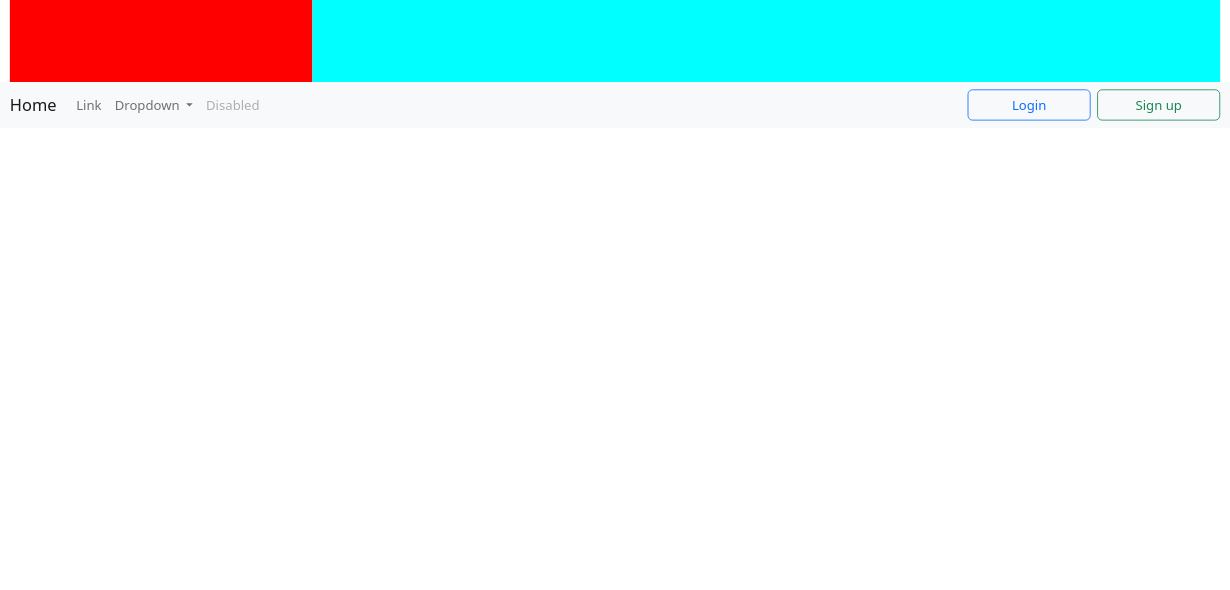
Repository: nguyenhung50497/MD2_bootstrap
Page: BT_giaoDienWeb/index.html
These files come from the project's save history. The page is drawn as it stood at one moment and after the next save; the edit follows.
The browser window is 1280 px wide. The page is 1500 px wide, so the pictures cover 1500 px, including what lies to the right of the window. The pictures show the whole page, at 82% of full size.

Above is the page before, as saved 2022-11-30 13:53:38.

### BT_giaoDienWeb/index.html
<!DOCTYPE html>
<html lang="en">
<head>
    <meta charset="UTF-8">
    <meta http-equiv="X-UA-Compatible" content="IE=edge">
    <meta name="viewport" content="width=device-width, initial-scale=1.0">
    <link href="https://cdn.jsdelivr.net/npm/bootstrap@5.2.3/dist/css/bootstrap.min.css" rel="stylesheet" integrity="sha384-rbsA2VBKQhggwzxH7pPCaAqO46MgnOM80zW1RWuH61DGLwZJEdK2Kadq2F9CUG65" crossorigin="anonymous">
    <script src="https://cdn.jsdelivr.net/npm/bootstrap@5.2.3/dist/js/bootstrap.bundle.min.js" integrity="sha384-kenU1KFdBIe4zVF0s0G1M5b4hcpxyD9F7jL+jjXkk+Q2h455rYXK/7HAuoJl+0I4" crossorigin="anonymous"></script>
    <title>Document</title>
</head>
<style>
    .col-lg-3 {
        background-color: red;
        height: 100px;
    }
    .col-lg-9 {
        background-color: aqua;
        height: 100px;
    }
</style>
<body>
<center>
    <div style="width: 1500px;">
    <header class="container-fluid row">
        <div class="col-lg-3">
            <img src="" alt="">
        </div>
        <div class="col-lg-9">
            <img src="" alt="">
        </div>
    </header>
    <nav class="navbar navbar-expand-lg bg-light">
        <div class="container-fluid">
          <a class="navbar-brand" href="#">Home</a>
          <button class="navbar-toggler" type="button" data-bs-toggle="collapse" data-bs-target="#navbarSupportedContent" aria-controls="navbarSupportedContent" aria-expanded="false" aria-label="Toggle navigation">
            <span class="navbar-toggler-icon"></span>
          </button>
          <div class="collapse navbar-collapse" id="navbarSupportedContent">
            <ul class="navbar-nav me-auto mb-2 mb-lg-0">
              <li class="nav-item">
                <a class="nav-link" href="#">Link</a>
              </li>
              <li class="nav-item dropdown">
                <a class="nav-link dropdown-toggle" href="#" role="button" data-bs-toggle="dropdown" aria-expanded="false">
                  Dropdown
                </a>
                <ul class="dropdown-menu">
                  <li><a class="dropdown-item" href="#">Action</a></li>
                  <li><a class="dropdown-item" href="#">Another action</a></li>
                  <li><hr class="dropdown-divider"></li>
                  <li><a class="dropdown-item" href="#">Something else here</a></li>
                </ul>
              </li>
              <li class="nav-item">
                <a class="nav-link disabled">Disabled</a>
              </li>
            </ul>
            <form class="d-flex" role="search">
              <button class="form-control me-2 btn btn-outline-primary" style="width: 150px;">Login</button>
              <button class="btn btn-outline-success" type="submit" style="width: 150px;">Sign up</button>
            </form>
          </div>
        </div>
      </nav>
    <div>
        <aside></aside>
        <section>
            <div></div>
        </section>
        <aside></aside>
    </div>
    <footer></footer>
    </div>
</center>
</body>
</html>

After the next save:
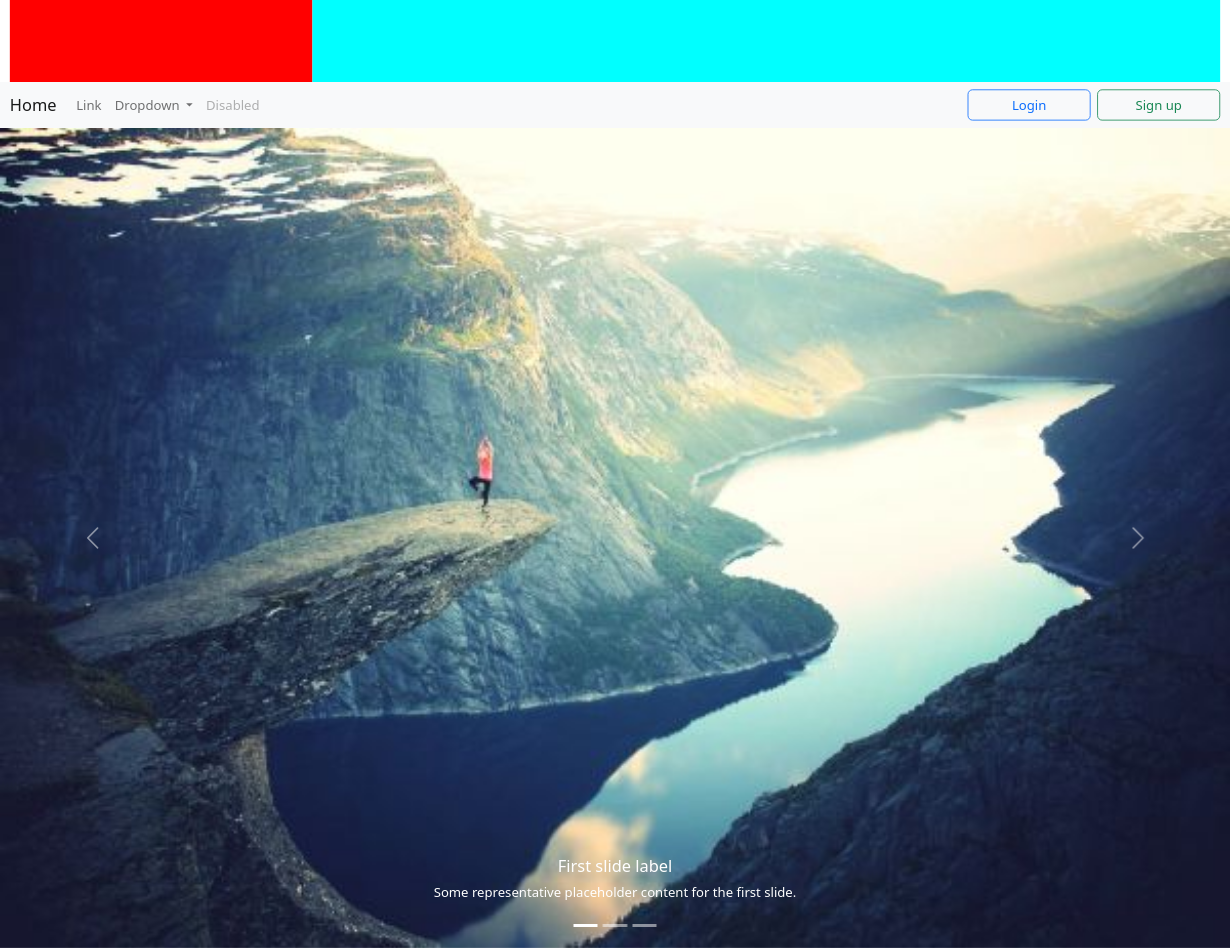
Saved 37 s later.
--- a/BT_giaoDienWeb/index.html
+++ b/BT_giaoDienWeb/index.html
@@ -65,7 +65,44 @@
     <div>
         <aside></aside>
         <section>
-            <div></div>
+            <div id="carouselExampleCaptions" class="carousel slide" data-bs-ride="false">
+                <div class="carousel-indicators">
+                  <button type="button" data-bs-target="#carouselExampleCaptions" data-bs-slide-to="0" class="active" aria-current="true" aria-label="Slide 1"></button>
+                  <button type="button" data-bs-target="#carouselExampleCaptions" data-bs-slide-to="1" aria-label="Slide 2"></button>
+                  <button type="button" data-bs-target="#carouselExampleCaptions" data-bs-slide-to="2" aria-label="Slide 3"></button>
+                </div>
+                <div class="carousel-inner">
+                  <div class="carousel-item active">
+                    <img src="anh1.jpg" class="d-block w-100" alt="Anh 1">
+                    <div class="carousel-caption d-none d-md-block">
+                      <h5>First slide label</h5>
+                      <p>Some representative placeholder content for the first slide.</p>
+                    </div>
+                  </div>
+                  <div class="carousel-item">
+                    <img src="anh2.jpg" class="d-block w-100" alt="Anh 2">
+                    <div class="carousel-caption d-none d-md-block">
+                      <h5>Second slide label</h5>
+                      <p>Some representative placeholder content for the second slide.</p>
+                    </div>
+                  </div>
+                  <div class="carousel-item">
+                    <img src="anh3.jpg" class="d-block w-100" alt="Anh 3">
+                    <div class="carousel-caption d-none d-md-block">
+                      <h5>Third slide label</h5>
+                      <p>Some representative placeholder content for the third slide.</p>
+                    </div>
+                  </div>
+                </div>
+                <button class="carousel-control-prev" type="button" data-bs-target="#carouselExampleCaptions" data-bs-slide="prev">
+                  <span class="carousel-control-prev-icon" aria-hidden="true"></span>
+                  <span class="visually-hidden">Previous</span>
+                </button>
+                <button class="carousel-control-next" type="button" data-bs-target="#carouselExampleCaptions" data-bs-slide="next">
+                  <span class="carousel-control-next-icon" aria-hidden="true"></span>
+                  <span class="visually-hidden">Next</span>
+                </button>
+              </div>
         </section>
         <aside></aside>
     </div>
